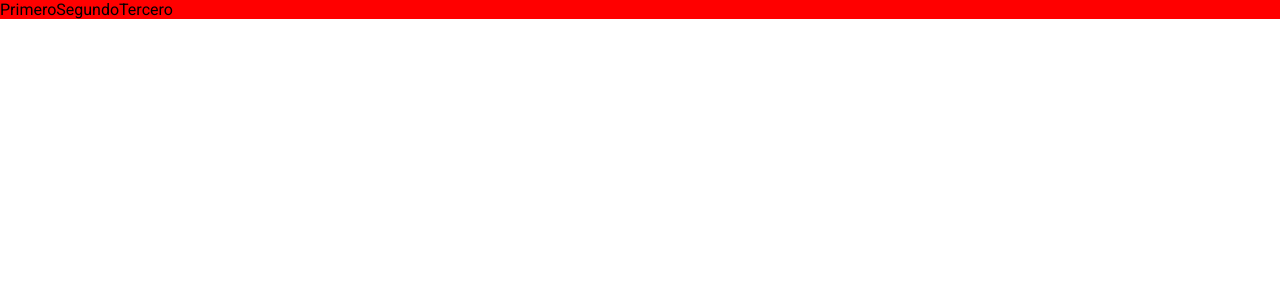
Repository: RobertAries28/ClonYoutube
Page: index.html
These files come from the project's save history. The page is drawn as it stood at one moment and after the next save; the edit follows.
The browser window is 1280 px wide. The pictures show the whole page.

Above is the page before, as saved 2021-08-28 10:00:47.

### index.html
<!DOCTYPE html>
<html lang="en">
<head>
    <meta charset="UTF-8">
    <meta http-equiv="X-UA-Compatible" content="IE=edge">
    <meta name="viewport" content="width=device-width, initial-scale=1.0">
    <link rel="stylesheet" href="style.css">

    <title>Document</title>
</head>
<body>
   <header class="main-header">
       <div>Primero</div>
       <div>Segundo</div>
       <div>Tercero</div>
   </header>
</body>
</html>

### style.css

@import url('https://fonts.googleapis.com/css2?family=Roboto:wght@400;500&display=swap');

*{
    margin:  0;
    padding: 0;
    box-sizing: border-box;
}

 /* variables globales */

:root{
    /* colores*/
    --accent-color: #ff0000;
    --grey-color: #909090;
    --grey-color-alt: #CCC;
    --border-color: rgba(0,0,0,0.1);

    /*colores de fondo*/
    --bg-color: #fff;
     --bgcolor-alt: #f9f9f9;
     --bg-color-active: #e5e5e5;

     /*colores de texto*/

     --text-color: #030303;
     --text-color-alt: #606060;
     --text-color-white: #fff;

  /* fuentes */
     --body-font : 'Roboto',sans-serif;


     /* Tamaño de texto*/
--big-font-size: 1.125rem;
--normal-font-size: 1rem;
--small-font-size: 0.875rem;
--smaller-font-size: 0.75rem;
--font-bold: 500;

/* otros*/
  --header-height: 56 px;
}



body{
    font-family: var(--body-font);
}

h1,h2,h3,h4,h5,h6,b{
    font-weight: var(--font-bold);
}

button{

}

img{
    width: 100%;
}

/******------cabecera principal -----***/

.main-header{
    height: var(--header-height);
    background: red;
    display: flex;
}

After the next save:
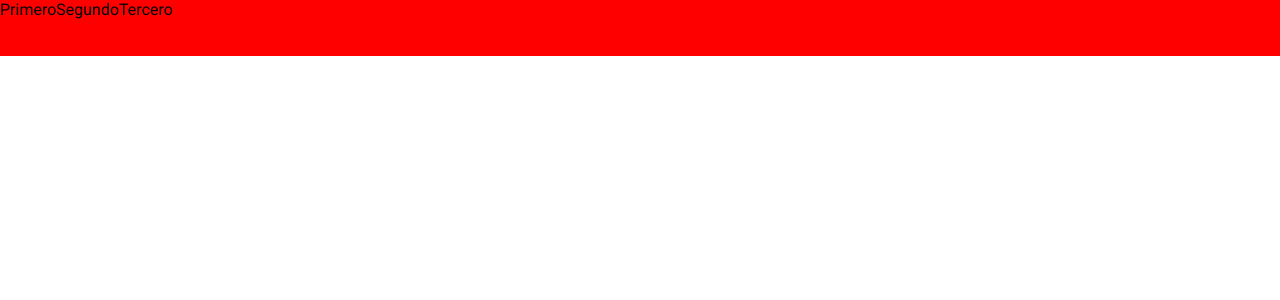
Saved 29 s later.
--- a/style.css
+++ b/style.css
@@ -39,7 +39,7 @@
 --font-bold: 500;
 
 /* otros*/
-  --header-height: 56 px;
+  --header-height: 56px;
 }
 
 
